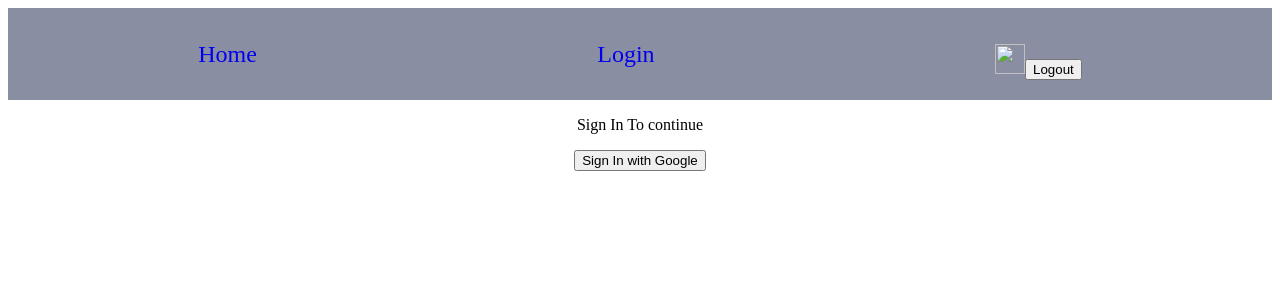
Repository: albinsabu2023/postapp
Page: /login
These files come from the project's save history. The page is drawn as it stood at one moment and after the next save; the edit follows.
The browser window is 1280 px wide. The pictures show the whole page.
The project was rebuilt for these pictures with package versions that can differ from the ones it lists, and the page was loaded fresh each time. Also part of the build but not shown: src/Components/Home.tsx.

Above is the page before, as saved 2024-02-05 00:35:49.

### src/App.tsx
import  {BrowserRouter as Router,Routes,Route} from "react-router-dom"
import './App.css';
import Home from "./Components/Home";
import Login from "./Components/Login";
import Navbar from "./Components/Navbar";


function App() {
  return (
    <div className="App">
      <Router>
         <Navbar/>
        <Routes>
          <Route path ="/" element={<Home/>}/>
          <Route path="/login" element={<Login/>}/>
        </Routes>
      </Router>
    </div>
  );
}

export default App;

### src/Components/Login.tsx
import React from 'react'
import  {auth,provider}  from "../config/firebase"
import { signInWithPopup } from 'firebase/auth'
import { useNavigate } from 'react-router-dom'
function Login() {
    const navigate= useNavigate();
  const signWithGoogle =async()=>{
     const result= await signInWithPopup(auth,provider);
     console.log(result);
     navigate("/");
  }
  return (
    <div>
        <p>Sign In To continue</p>
        <button onClick={signWithGoogle}>Sign In with Google</button>
    </div>
  )
}

export default Login

### src/Components/Navbar.tsx
import React from 'react'
import { Link } from 'react-router-dom'
import  "./Navbar.css"
import {auth } from  "../config/firebase"
import { useAuthState } from 'react-firebase-hooks/auth'
import { signOut } from 'firebase/auth'
function Navbar() {
    const  [user] =useAuthState(auth);
    const signUserOut =async ()=>{
        await signOut(auth);
    }
  return (
    <div className="navContainer">
        <Link to ="/">Home</Link>
        <Link to ="Login">Login</Link>
        <div>
            <p>{user?.displayName}</p>
            <img src={user?.photoURL|| "" } alt="" width="30" height="30"
            />
            <button onClick={signUserOut}>Logout</button>
        </div>


    </div>
  )
}

export default Navbar

### src/config/firebase.ts
// Import the functions you need from the SDKs you need
import { initializeApp } from "firebase/app";
import {getAuth,GoogleAuthProvider} from "firebase/auth"
// Your web app's Firebase configuration
const firebaseConfig = {
  apiKey: "AIzaSyAXzQPkCsYKttYouVkFv4r2aLbj-85i5zE",
  authDomain: "react-course-dd6fc.firebaseapp.com",
  projectId: "react-course-dd6fc",
  storageBucket: "react-course-dd6fc.appspot.com",
  messagingSenderId: "692642929267",
  appId: "1:692642929267:web:22ba5d27ba69920755e806"
};
// Initialize Firebase
const app = initializeApp(firebaseConfig);
export const auth=getAuth(app);
export const provider = new GoogleAuthProvider();

### src/Components/Navbar.css
.navContainer{
    display: flex;
    align-items: center;
    justify-content: space-around;
    background-color: rgb(138, 142, 162);
    padding: 20px;



}
.navContainer :link{
    text-decoration:none;
    text-decoration-color: rgb(128, 127, 127);
    font-size: x-large;

}

Loaded but not shown: public/index.html (common file); src/index.tsx (common file); src/App.css (common file)

After the next save:
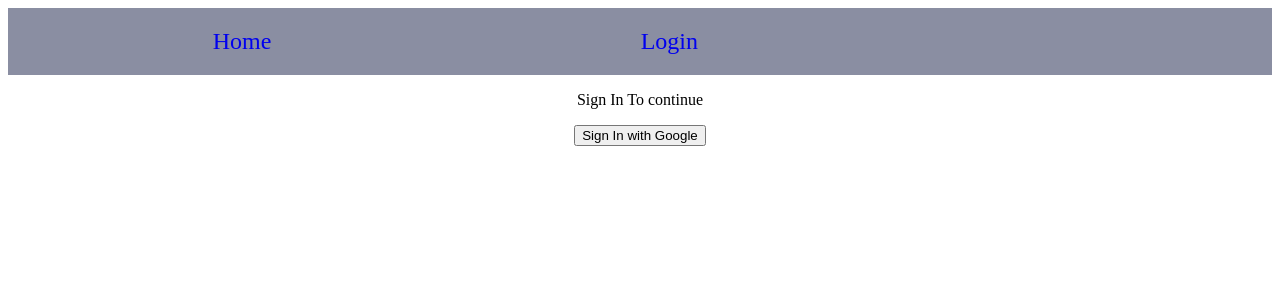
Saved 76 s later.
--- a/src/Components/Navbar.tsx
+++ b/src/Components/Navbar.tsx
@@ -14,10 +14,14 @@ function Navbar() {
         <Link to ="/">Home</Link>
         <Link to ="Login">Login</Link>
         <div>
+            {user&&
+            <>
             <p>{user?.displayName}</p>
             <img src={user?.photoURL|| "" } alt="" width="30" height="30"
             />
             <button onClick={signUserOut}>Logout</button>
+            </>
+            }
         </div>
 
 
